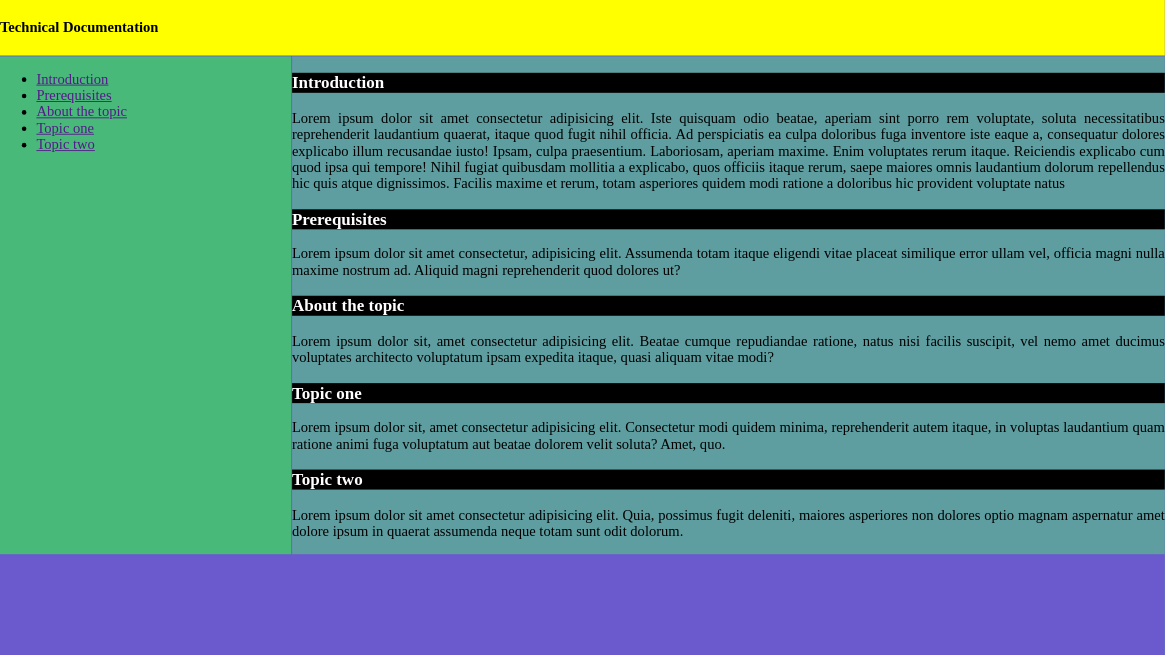
Repository: JoaoLemesDEV/Excercise-Tech-Documentation-Page
Page: index.html
The author's editor kept a copy of each file at every save. The page is drawn from the files as they stood at one save, then again after a run of saves.
The browser window is 1280 px wide. The pictures show the whole page, at 91% of full size.

Above is the page before, as saved 2021-10-03 22:08:46.

### index.html
<!DOCTYPE html>
<html lang="en">
  <head>
    <meta charset="UTF-8" />
    <meta http-equiv="X-UA-Compatible" content="IE=edge" />
    <meta name="viewport" content="width=device-width, initial-scale=1.0" />
    <title>Technical Documentaion</title>
    <link rel="stylesheet" href="index.css" />
  </head>
  <body>
    <div class="wrapper">
      <header><h4>Technical Documentation</h4></header>
      <aside>
        <nav>
          <ul>
            <li><a href="">Introduction</a></li>
            <li><a href="">Prerequisites</a></li>
            <li><a href="">About the topic</a></li>
            <li><a href="">Topic one</a></li>
            <li><a href="">Topic two</a></li>
          </ul>
        </nav>
      </aside>
      <main>
        <section id="introduction">
          <h3 style="background: black; color: white">Introduction</h3>
          <p>
            Lorem ipsum dolor sit amet consectetur adipisicing elit. Iste
            quisquam odio beatae, aperiam sint porro rem voluptate, soluta
            necessitatibus reprehenderit laudantium quaerat, itaque quod fugit
            nihil officia. Ad perspiciatis ea culpa doloribus fuga inventore
            iste eaque a, consequatur dolores explicabo illum recusandae iusto!
            Ipsam, culpa praesentium. Laboriosam, aperiam maxime. Enim
            voluptates rerum itaque. Reiciendis explicabo cum quod ipsa qui
            tempore! Nihil fugiat quibusdam mollitia a explicabo, quos officiis
            itaque rerum, saepe maiores omnis laudantium dolorum repellendus hic
            quis atque dignissimos. Facilis maxime et rerum, totam asperiores
            quidem modi ratione a doloribus hic provident voluptate natus
          </p>
        </section>
        <section id="Prerequisites">
          <h3 style="background: black; color: white">Prerequisites</h3>
          <p>
            Lorem ipsum dolor sit amet consectetur, adipisicing elit. Assumenda
            totam itaque eligendi vitae placeat similique error ullam vel,
            officia magni nulla maxime nostrum ad. Aliquid magni reprehenderit
            quod dolores ut?
          </p>
        </section>
        <section id="about the topic">
          <h3 style="background: black; color: white">About the topic</h3>
          <p>
            Lorem ipsum dolor sit, amet consectetur adipisicing elit. Beatae
            cumque repudiandae ratione, natus nisi facilis suscipit, vel nemo
            amet ducimus voluptates architecto voluptatum ipsam expedita itaque,
            quasi aliquam vitae modi?
          </p>
        </section>
        <section id="topic one">
          <h3 style="background: black; color: white">Topic one</h3>
          <p>
            Lorem ipsum dolor sit, amet consectetur adipisicing elit.
            Consectetur modi quidem minima, reprehenderit autem itaque, in
            voluptas laudantium quam ratione animi fuga voluptatum aut beatae
            dolorem velit soluta? Amet, quo.
          </p>
        </section>
        <section id="topic two">
          <h3 style="background: black; color: white">Topic two</h3>
          <p>
            Lorem ipsum dolor sit amet consectetur adipisicing elit. Quia,
            possimus fugit deleniti, maiores asperiores non dolores optio magnam
            aspernatur amet dolore ipsum in quaerat assumenda neque totam sunt
            odit dolorum.
          </p>
        </section>
      </main>
      <footer></footer>
    </div>
  </body>
</html>

### index.css
html body {
  margin: 0;
  padding: 0;
  box-sizing: border-box;
  background-color: slateblue;
}
.wrapper {
  display: grid;
  grid-template-columns: 1fr 3fr;
  grid-template-rows: //20vh 70vh 10vh;
  grid-gap: 1px 1px;
  grid-template-areas: "h h" "a m" "f f";
}

header {
  background-color: yellow;
  grid-area: h;
}

aside {
  background-color: rgb(73, 185, 122);
  grid-area:a;
}

main {
  background-color: cadetblue;
  text-align: justify;
  grid-area: m;
}

footer {
  background-color: red;
  grid-area: f;
}

After the next 4 saves:
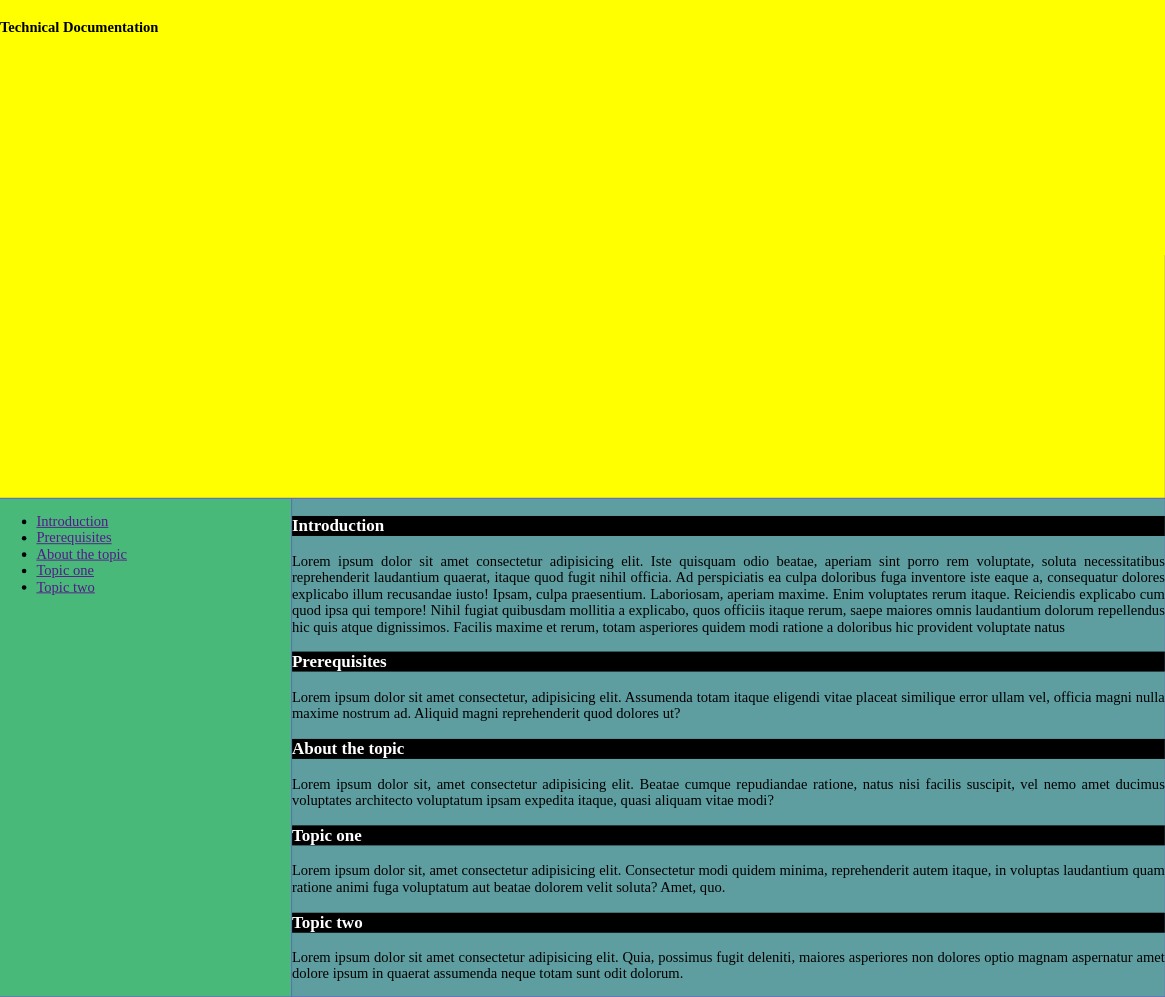
The 4 saves are shown as one change because they came seconds apart.
The last was saved 30 s later.
--- a/index.css
+++ b/index.css
@@ -7,7 +7,7 @@ html body {
 .wrapper {
   display: grid;
   grid-template-columns: 1fr 3fr;
-  grid-template-rows: //20vh 70vh 10vh;
+  grid-template-rows: 1fr 1fr ; //20vh 70vh 10vh;
   grid-gap: 1px 1px;
   grid-template-areas: "h h" "a m" "f f";
 }
